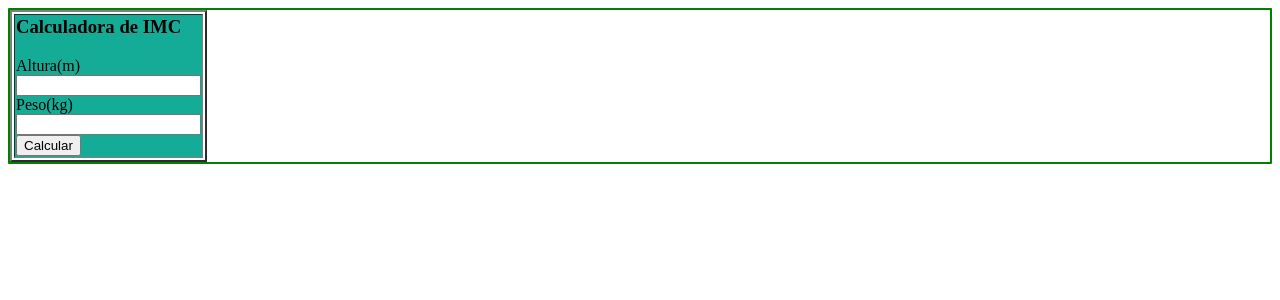
Repository: Patriciamativi/Projetos
Page: index.html
An editor plug-in stored every save of this project. The page is shown before and after the next save, followed by the edit.
The browser window is 1280 px wide. The pictures show the whole page.

Above is the page before, as saved 2022-11-21 14:40:01.

After the next save:
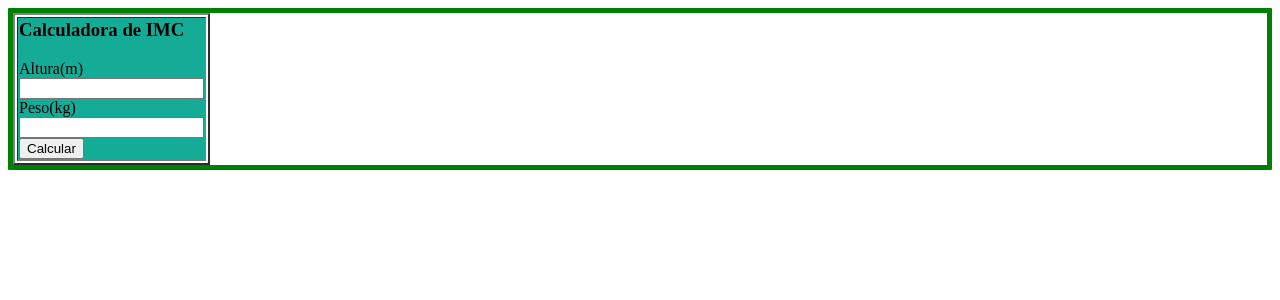
Saved 18 s later.
--- a/index.html
+++ b/index.html
@@ -6,7 +6,7 @@
         <style type="text/css">
 
             p {
-                border: 2px solid green;
+                border: 5px solid green;
                 border-radius: 1px;
             }
             td {
